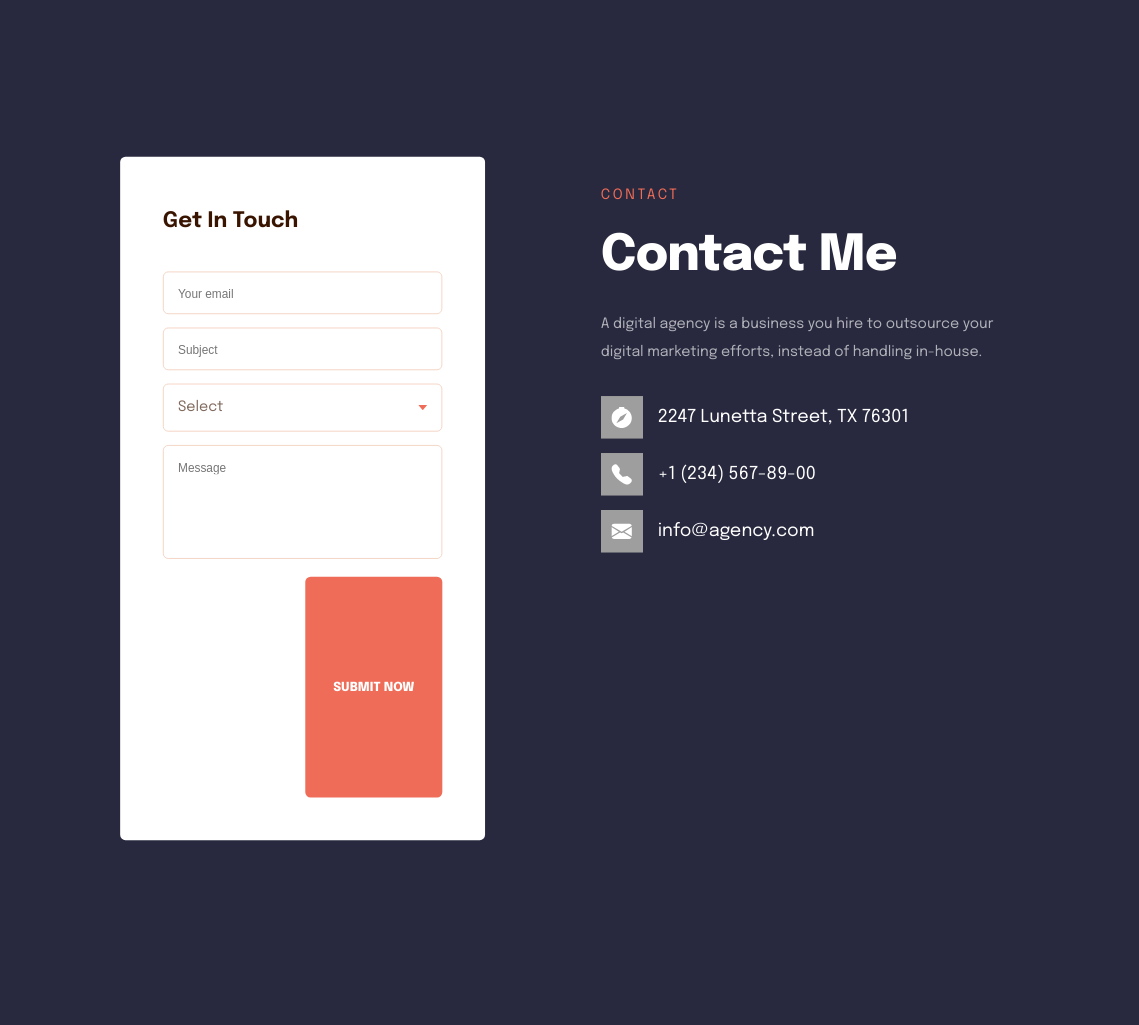
Repository: NatiqSamiyev/form-task-2
Page: index.html
These files come from the project's save history. The page is drawn as it stood at one moment and after a run of saves; the edit follows.
The browser window is 1280 px wide. The pictures show the whole page, at 89% of full size.
Pictures or frames that could not be fetched are drawn as grey boxes. Some web fonts or font styles are not loaded; a fallback is used.

Above is the page before, as saved 2023-10-26 12:04:40.

After the next 2 saves:
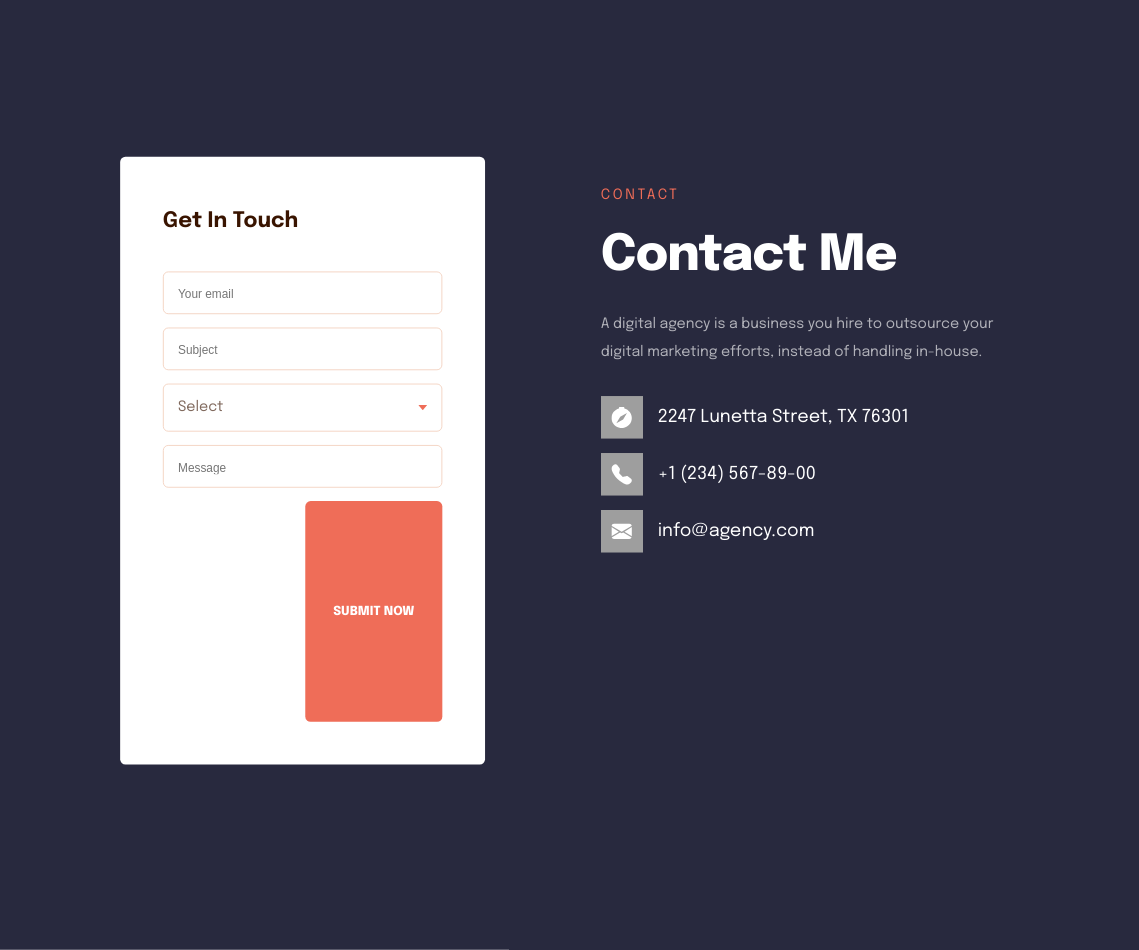
The 2 saves are shown as one change because they came seconds apart.
The last was saved 3 days later.
--- a/index.html
+++ b/index.html
@@ -26,7 +26,8 @@
               height="6"
               viewBox="0 0 10 6"
               fill="none"
-            >
+             >
+
               <path d="M5 6L10 0H0L5 6Z" fill="#EF6D58" />
             </svg>
           </div>
@@ -37,14 +38,13 @@
         </div>
 
         <label for="">
-          <input
-            class="text-message"
-            placeholder="Message"
-            class="message-input"
-          />
+          <input type="text-message" placeholder="Message" class="message-input"/>
+
         </label>
 
-        <button class="submit-btn">Submit Now</button>
+
+
+        <button class="submit-btn" type="submit">Submit Now</button>
       </form>
 
       <div class="info-box">
@@ -76,6 +76,14 @@
             <p>info@agency.com</p>
           </li>
         </ul>
+
+        <br>
+        <div class="bottom-box">
+
+
+
+        </div>
+
       </div>
     </div>
   </body>
